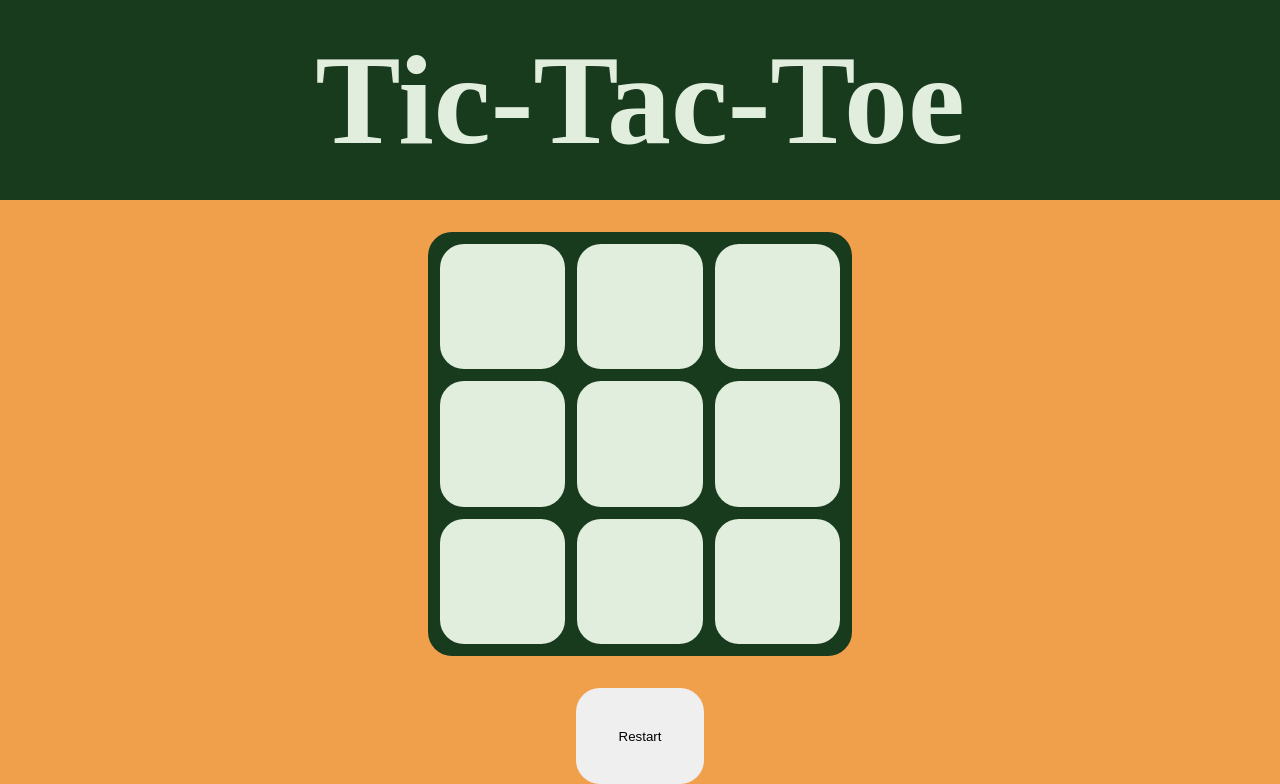
Repository: yeetzpxoci/tic-tac-toe
Page: index.html
The author's editor kept a copy of each file at every save. The page is drawn from the files as they stood at one save, then again after the next save.
The browser window is 1280 px wide. The pictures show the whole page.

Above is the page before, as saved 2023-02-23 18:46:30.

### index.html
<!DOCTYPE html>
<html lang="en">
<head>
    <meta charset="UTF-8">
    <meta http-equiv="X-UA-Compatible" content="IE=edge">
    <meta name="viewport" content="width=device-width, initial-scale=1.0">
    <title>Tic Tac Toe</title>
    <link rel="stylesheet" type="text/css" href="styles.css" />
</head>
<body>
    <div class="header">
        Tic-Tac-Toe
    </div>
    <div class="board">
        <div class="square" data-index=0></div>

        <div class="square" data-index=1></div>

        <div class="square" data-index=2></div>

        <div class="square" data-index=3></div>

        <div class="square" data-index=4></div>

        <div class="square" data-index=5></div>

        <div class="square" data-index=6></div>

        <div class="square" data-index=7></div>

        <div class="square" data-index=8></div>
    </div>

    <button id="restart" onclick="game.restartGame()">Restart</button>
<script src="script.js"></script>
</body>
</html>

### styles.css
html, body {
    margin: 0;
    padding: 0;
    font-family: 'Tilt Warp', cursive;
}

body {
    display: flex;
    flex-direction: column;
    justify-content: center;
    align-items: center;
    min-width: 100vh;
    gap: 32px;
    background-color: #F0A04B;
}

.header {
    display: flex;
    justify-content: center;
    align-items: center;
    background-color: #183A1D;
    width: 100%;
    height: 200px;
    color: #E1EEDD;
    font-size: 128px;
    font-weight: bold;
}

.board {
    height: 400px;
    width: 400px;
    background-color: #183A1D;
    border-radius: 24px;
    border-width: 0px;
    padding: 12px;
    gap: 12px;
    font-size: 96px;
    font-family: Arial, Helvetica, sans-serif;
    font-weight: bolder;
    display: grid;
    grid-template-columns: repeat(3, 1fr);
    grid-template-rows: repeat(3, 1fr);
    user-select: none;
}

.square {
    display: flex;
    justify-content: center;
    align-items: center;
    background-color: #E1EEDD;
    border-radius: 24px;
    border-width: 0px;
}

#restart {
    width: 128px;
    height: 96px;
    border-radius: 24px;
    border-width: 0px;
}

### script.js
const squares = document.getElementsByClassName("square");

const gameBoard = (() => {
    let gameBoard = ["", "", "", "", "", "", "", "", ""];

    const atIndex = (index) => {
        return gameBoard[index];
    }

    const playOn = (index, symbol) => {
        gameBoard[index] = symbol;
    }

    const resetBoard = () => {
        for (let i = 0; i < gameBoard.length; i++) {
            gameBoard[i] = "";
        }
    }

    const winner = (x, y, z) => {
        if ((gameBoard[x] === gameBoard[y]) && ((gameBoard[y] === gameBoard[z]) && (gameBoard[z] === "X"))
            || (gameBoard[x] === gameBoard[y]) && ((gameBoard[y] === gameBoard[z]) && (gameBoard[z] === "O"))) {
            return true;
        } else {
            return false;
        }
    }

    const checkWinner = () => {
        return winner(0, 1, 2)  // check for 3-in-a-row horizontally
            || winner(3, 4, 5)
            || winner(6, 7, 8)
            || winner(0, 3, 6)  // check for 3-in-a-row vertically
            || winner(1, 4, 7)
            || winner(2, 5, 8)
            || winner(0, 4, 8)  // check for 3-in-a-row diagonally
            || winner(6, 4, 2)
    }

    return {
        gameBoard, atIndex, playOn, resetBoard, winner, checkWinner
    };
})();

const players = (symbol) => {
    const play = (index) => gameBoard.playOn(index, symbol);
    return {
        symbol, play
    };
};

const game = (() => {
    let turn = "X";

    const playRound = (e) => {
        if (gameBoard.atIndex(e.currentTarget.dataset.index) === "") {
            players(turn).play(e.currentTarget.dataset.index);
            displayController.renderBoard();
            if (turn === "X") {
                turn = "O";
            } else {
                turn = "X";
            }
            if (gameBoard.checkWinner()) {
                displayController.disableSquares();
                alert("winner!");
            }
        }
    }

    const restartGame = () => {
        turn = "X";
        gameBoard.resetBoard();
        displayController.renderBoard();
        displayController.enableSquares();
    }

    return {
        turn, playRound, restartGame
    };
})();

const displayController = (() => {
    const renderBoard = () => {
        for (let i = 0; i < gameBoard.gameBoard.length; i++) {
            squares[i].innerHTML = gameBoard.gameBoard[i];
        }
    }

    const enableSquares = () => {
        for (let i = 0; i < squares.length; i++) {
            squares[i].addEventListener("click", game.playRound);
        }
    }

    const disableSquares = () => {
        for (let i = 0; i < squares.length; i++) {
            squares[i].removeEventListener("click", game.playRound);
        }
    }

    return {
        renderBoard, enableSquares, disableSquares
    }
})();

displayController.enableSquares();

After the next save:
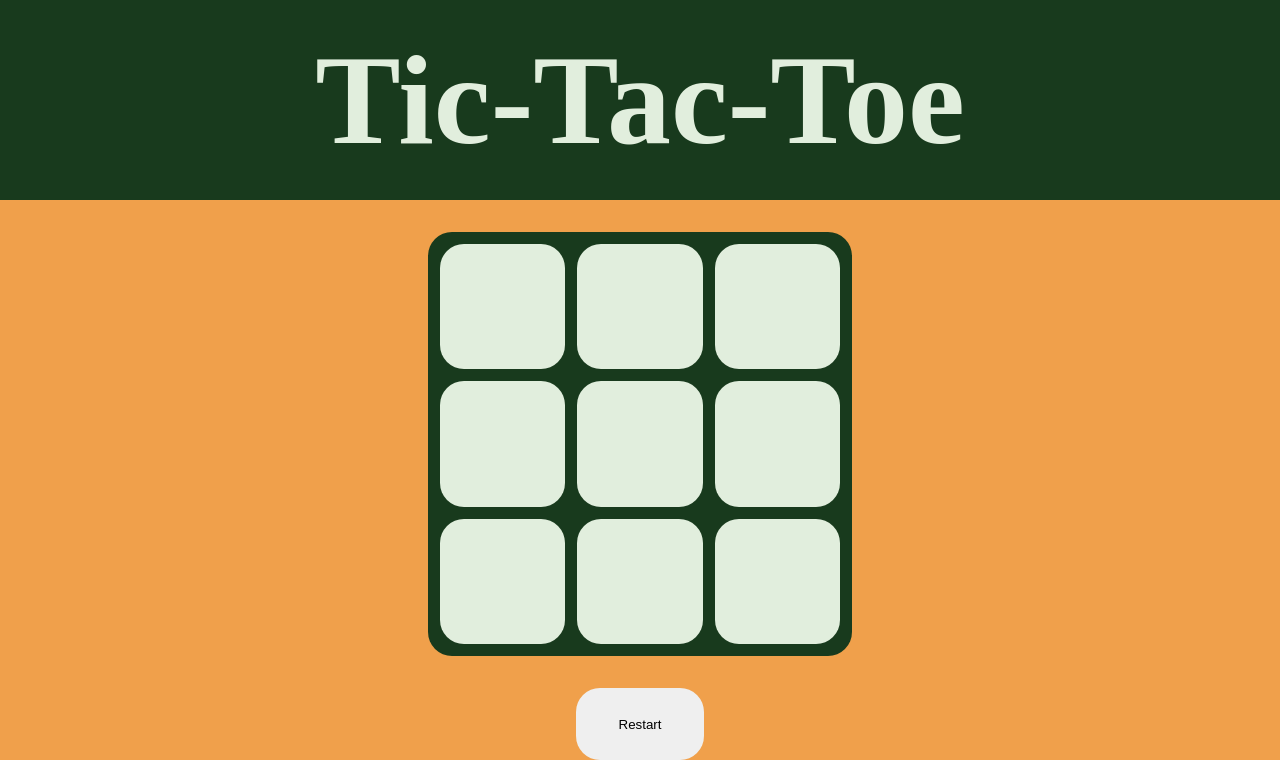
Saved 4 s later.
--- a/styles.css
+++ b/styles.css
@@ -54,7 +54,7 @@ body {
 
 #restart {
     width: 128px;
-    height: 96px;
+    height: 72px;
     border-radius: 24px;
     border-width: 0px;
 }
